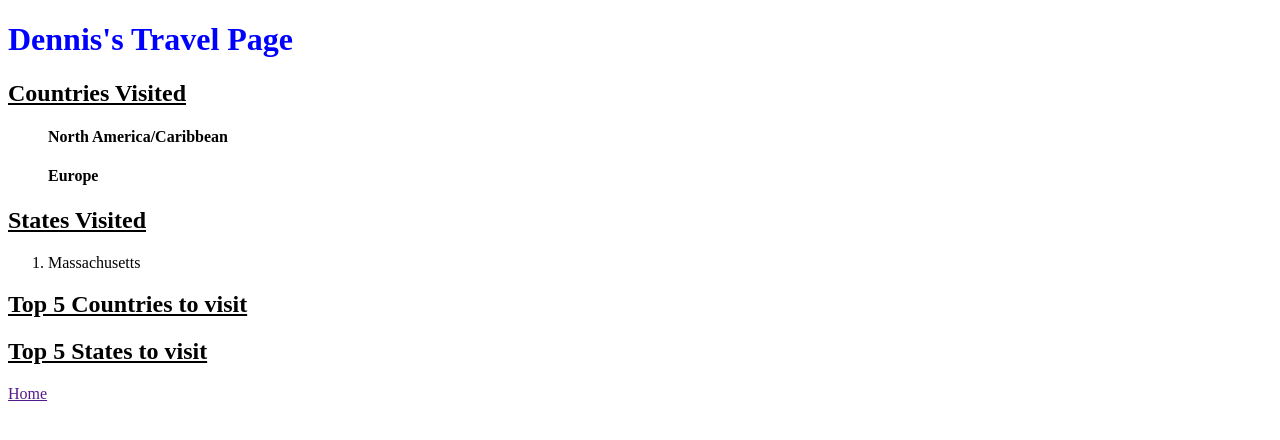
Repository: degookin/GookinTravel
Page: http://localhost/views/family/dennis
The author's editor kept a record of every edit. The page is drawn from the files as they stood at one moment, then again after the next edit.
The browser window is 1280 px wide. The pictures show the whole page.
The page is served by the project's Node server (app.js). Other server files are loaded and not shown. Queries for data that is not in the repository find no rows.

Above is the page before.
Console error: TypeError: Cannot read properties of null (reading 'appendChild')

### views/family/dennis.ejs
<!DOCTYPE html>
<html lang="en">
<head>
    <meta charset="UTF-8">
    <meta name="viewport" content="width=device-width, initial-scale=1.0">
    <meta http-equiv="X-UA-Compatible" content="ie=edge">
    <title>Dennis's Page</title>
    <link rel="stylesheet" type="text/css" media="screen" href="/stylesheets/main.css" />
</head>
<body>
    <h1>Dennis's Travel Page</h1>

    <h2>Countries Visited</h2>
    <ol>
        <h4>North America/Caribbean</h4>
        <h4>Europe</h4>
    </ol>

    <h2>States Visited</h2>
    <ol id='dennisStateList'>
    </ol>

    <h2>Top 5 Countries to visit</h2>
    <ol>
    </ol>

    <h2>Top 5 States to visit</h2>
    <ol>
    </ol>

    <a href="">Home</a>

    <script src="/gookinTravel.js"></script>
</body>
</html>

### app.js
var express = require("express"),
    app = express(),
    mongoose = require("mongoose"),
    bodyParser = require("body-parser"),
    Vacation = require("./models/vacations"),
    seedDB = require("./seeds");

mongoose.connect('mongodb://localhost:27017/gookinTravel', { useNewUrlParser: true }, { useUnifiedTopology: true });
app.set("view engine", "ejs");
app.use(bodyParser.urlencoded({extended: true}));
seedDB();

//ROOT ROUTE
app.get("/", function(req, res){
    res.render("landing");
});

//YEAR ROUTES
//2015
app.get("/views/years/2015", function(req, res){
    res.render("years/2015");
});
//2016
app.get("/views/years/2016", function(req, res){
    res.render("years/2016");
});
//2017
app.get("/views/years/2017", function(req, res){
    res.render("years/2017");
});
//2018
app.get("/views/years/2018", function(req, res){
    res.render("years/2018");
});
   //2019
app.get("/views/years/2019", function(req, res){
    res.render("years/2019");
});


//FAMILY ROUTES
//dennis
app.get("/views/family/dennis", function(req, res){
    Vacation.find({}, function(err, vacations){
        if(err){
            console.log(err);
        } else {
            res.render("family/dennis",{vacations:vacations});
        }
    });
});
//erin
app.get("/views/family/erin", function(req, res){
    res.render("family/erin");
});
//jacob
app.get("/views/family/jacob", function(req, res){
    res.render("family/jacob");
});
//owen
app.get("/views/family/owen", function(req, res){
    res.render("family/owen");
});








    app.listen(process.env.PORT, process.env.IP, function(){
    console.log("Travel Server Has Started...");
});

### stylesheets/main.css
h1 {
    color: blue;
}

h2 {
    text-decoration: underline;
}

### gookinTravel.js
let states = {
    AL: "Alabama",
    AK: "Alaska",
    AZ: "Arizona",
    AR: "Arkansas",
    CA: "California",
    CO: "Colorado",
    CT: "Connecticut",
    DE: "Deleware",
    DC: "District of Columbia",
    FL: "Florida",
    GA: "Georgia",
    HI: "Hawaii",
    ID: "Idaho",
    IL: "Illinois",
    IN: "Indiana",
    IA: "Iowa",
    KS: "Kansas",
    KY: "Kentucky",
    LA: "Louisiana",
    ME: "Maine",
    MD: "Maryland",
    MA: "Massachusetts",
    MI: "Michigan",
    MN: "Minnesota",
    MS: "Mississippi",
    MO: "Missouri",
    MT: "Montana",
    NE: "Nebraska",
    NV: "Nevada",
    NH: "New Hampshire",
    NJ: "New Jersey",
    NM: "New Mexico",
    NY: "New York",
    NC: "North Carolina",
    ND: "North Dakota",
    OH: "Ohio",
    OK: "Oklahoma",
    OR: "Oregon",
    PA: "Pennsylvania",
    RI: "Rhode Island",
    SC: "South Carolina",
    SD: "South Dakota",
    TN: "Tennessee",
    TX: "Texas",
    UT: "Utah",
    VT: "Vermont",
    VA: "Virginia",
    WA: "Washington",
    WV: "West Virginia",
    WI: "Wisconsin",
    WY: "Wyoming"
};

var erinStates = [];
var dennisStates = [];
//var jacobStates = [];

erinStates.push(states.AL, states.CA, states.FL, states.DC, states.GA, states.IL);
dennisStates.push(states.MA);


//need to create routes for these

dennisStates.forEach(state => {
    var newLi = document.createElement('li');
    newLi.innerHTML = state;
    document.getElementById('dennisStateList').appendChild(newLi);
});

erinStates.forEach(state => {
    var newLi = document.createElement('li');
    newLi.innerHTML = state;
    document.getElementById('erinStateList').appendChild(newLi);
});

After the next edit:
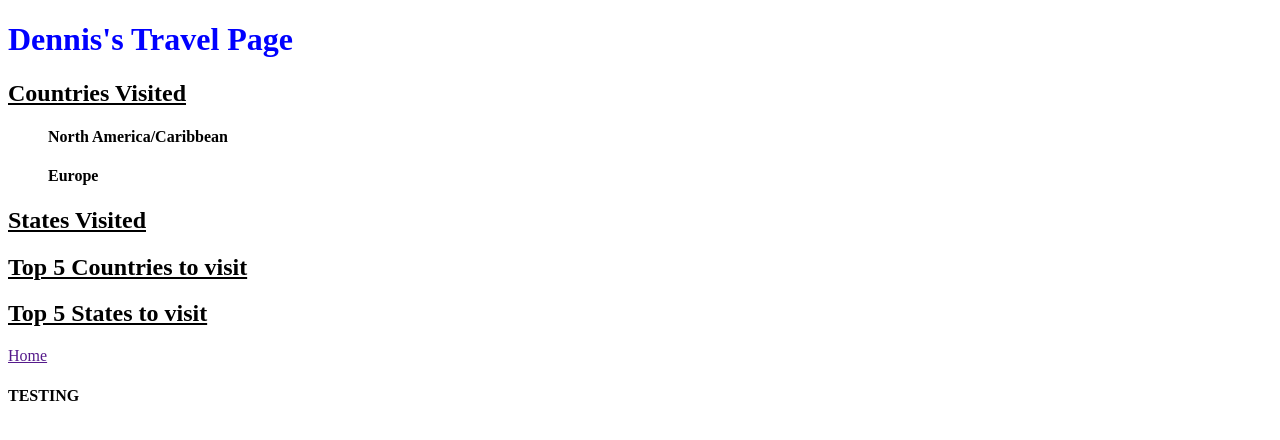
The error is gone.
The edit:
--- a/views/family/dennis.ejs
+++ b/views/family/dennis.ejs
@@ -30,6 +30,27 @@
 
     <a href="">Home</a>
 
-    <script src="/gookinTravel.js"></script>
+
+
+
+<!--TESTING-->
+<h4>TESTING</h4>
+
+
+ <% vacations.forEach(function(vacation){ %>
+            <div class="col-md-3 col-sm-6">
+                <div class="thumbnail breakfast">
+                    <img src="<%= meal.image %>">
+                    <div class="caption">
+                        <h4><strong><%= meal.name %></strong></h4>
+                    </div>
+                    <p>
+                        <a href="/views/meals/homeB/<%= meal._id %>" class="btn btn-primary">More Info</a>
+                    </p>
+                </div>
+            </div>
+        <% }); %>
+
+
 </body>
 </html>
